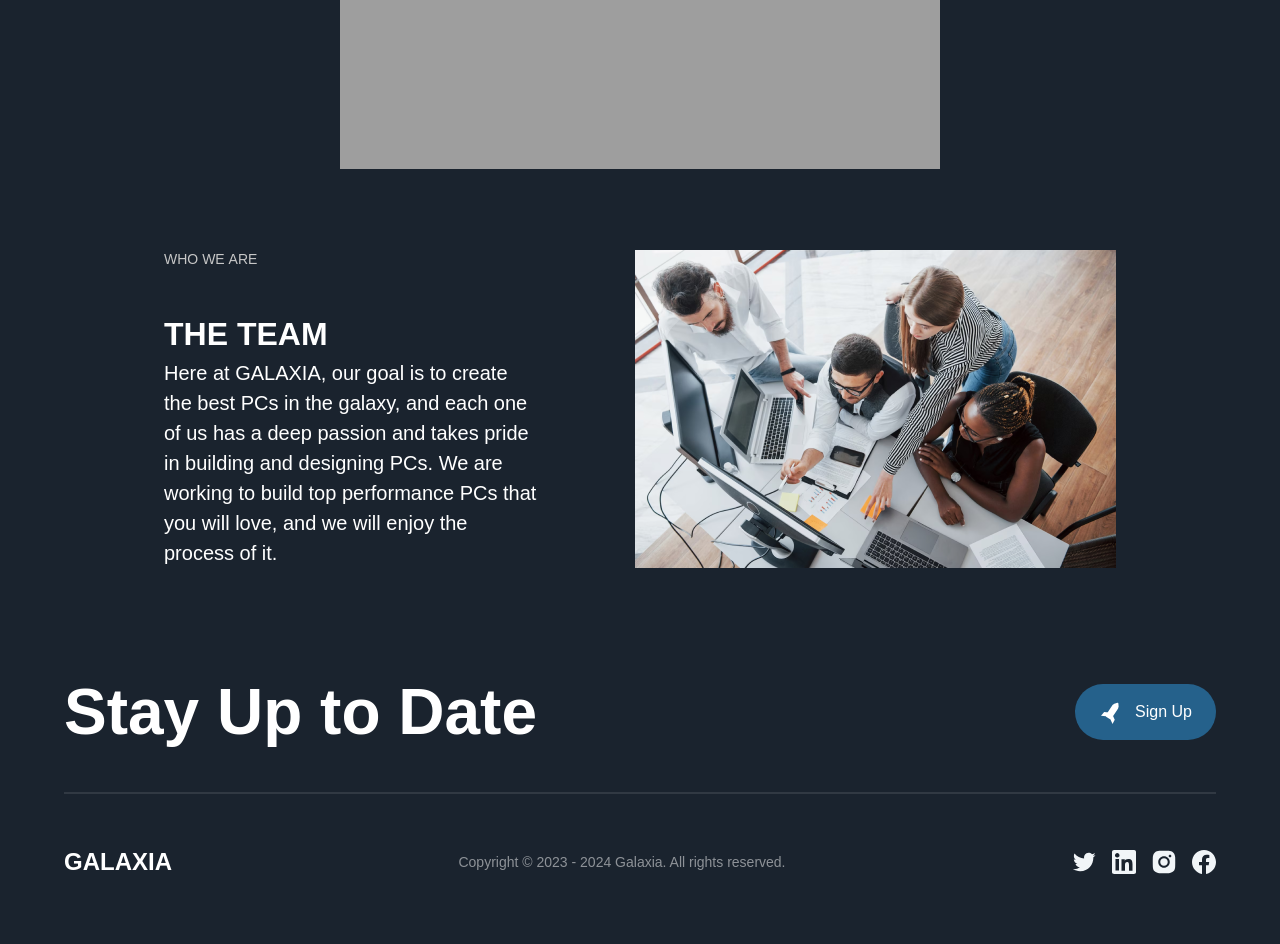
Repository: kaitlynlie/galaxia_pcs
Page: /
The author's editor kept a copy of each file at every save. The page is drawn from the files as they stood at one save, then again after the next save.
The browser window is 1280 px wide. The pictures show the part of the page from y = 2593 to 3545 px (the page is 3537 px tall before and 3578 px after).
Pictures or frames that could not be fetched are drawn as grey boxes. Some web fonts or font styles are not loaded; a fallback is used. The project was rebuilt for these pictures with package versions that can differ from the ones it lists, and the page was loaded fresh each time. Also part of the build but not shown: vite.config.js, components/PCcard.jsx, components/WhyFeatures.jsx, sections/Neptune.jsx, sections/Jupiter.jsx, sections/People.jsx, src/assets/index.js, sections/Video.jsx and 5 more. Imported but missing from the stored project, and not drawn on this page: src/assets/video.mp4.

Above is the page before, as saved 2023-08-09 19:57:46.

### index.html
<!DOCTYPE html>
<html lang="en">
  <head>
    <style>
      /* WebKit-based browsers (Chrome, Safari) */
      ::-webkit-scrollbar {
        width: 12px;
      }

      ::-webkit-scrollbar-track {
        background-color: #606060; /* Adjust the background color */
      }

      ::-webkit-scrollbar-thumb {
        background-color: #25618b; /* Adjust the thumb color */
        border-radius: 6px;
      }
    </style>
    <meta charset="UTF-8" />
    <link rel="icon" type="image/svg+xml" href="/logo.svg" />
    <link rel="preconnect" href="https://stijndv.com" />
    <link rel="stylesheet" href="https://stijndv.com/fonts/Eudoxus-Sans.css" />
    <meta name="viewport" content="width=device-width, initial-scale=1.0" />
    <title>GALAXIA</title>
  </head>
  <body>
    <div id="root"></div>
    <script type="module" src="/src/main.jsx"></script>
  </body>
</html>

### src/main.jsx
import React from 'react'
import App from './App.jsx'
import ReactDOM from 'react-dom';
import { BrowserRouter } from 'react-router-dom';


ReactDOM.render(
  <BrowserRouter>
    <App />
  </BrowserRouter>,
  document.getElementById('root'),
);

### src/App.jsx
import Navbar from '../components/Navbar'
import Home from '../pages/Home'
import Community from '../pages/Community'
import Creator from '../pages/Creator'
import PCs from '../pages/PCs'
import { Route, Routes } from 'react-router-dom'
import React from 'react'
import '../styles/globals.css'

function App() {

  return (
    <>
    <div className='bg-primary-black overflow-hidden'>
      <img
            src='./stars.png'
            alt='stars'
            className="z-0 absolute w-screen h-screen object-cover object-center opacity-50"
      />
      <Navbar />
      <Routes>
        <Route index path="/" element={<Home />} />
        <Route path="pc" element={<PCs />} />
        <Route path="community" element={<Community />} />
        <Route path="creator" element={<Creator />} />
      </Routes>
     </div>
    </>
  )
}

export default App

### components/Navbar.jsx
import { motion } from "framer-motion";
import styles from '../styles'
import { navVariants, textVariant } from '../utils/motion'
import { useState } from "react";
import { RiMenu3Line, RiCloseLine } from 'react-icons/ri';
import { Link } from 'react-router-dom'
import React from 'react'

const Navbar = () => {
  const [toggleMenu, setToggleMenu] = useState(false);

  const [nav, setNav] = useState(false);

  const openNav = () => {
    setNav(!nav);
  };

  return(
   <motion.nav
    variants={navVariants}
    initial="show"
    whileInView="show"
    viewport={{ once: false, amount: 0.25 }}
    className={`${styles.xPaddings} py-8 relative`}
  >
    <div className={`${styles.innerWidth} mx-auto flex justify-between gap-8 inline-block`}>
      <div className="flex flex-row gap-4 z-10">
        <img
          src='./logo.svg'
          alt='logo'
          />
          <Link onClick={openNav} to="/"><motion.h1 variants={textVariant(1.1)} className="flex text-white font-bold text-[24px] z-10">
            <a>GALAXIA</a>
          </motion.h1></Link>
      </div>

      <ul className='flex justify-center items-center text-white max-[880px]:hidden block z-10'>
        <Link onClick={openNav} to='/pc'><li className="mr-12"><a>Gaming PCs</a></li></Link>
        <Link onClick={openNav} to='/community'><li className="mr-12"><a>Community</a></li></Link>
        <Link onClick={openNav} to='/creator'><li><a>Creator Program</a></li></Link>
      </ul>

      <div className="relative ml-1 pointer max-[880px]:block hidden z-10">
        {toggleMenu
          ? <RiCloseLine color="#fff" size={27} onClick={() => setToggleMenu(false)} />
          : <RiMenu3Line color="#fff" size={27} onClick={() => setToggleMenu(true)} />}
        {toggleMenu && (
        <div className="flex justify-end items-end flex-col text-end bg-[#026884ce] p-3 absolute top-[40px] right-[10px] mt-1 rounded-[5px] shadow z-10">
          <div className="none">
            <ul className='flex justify-end items-end flex-col text-white text-end p-1'>
              <Link onClick={openNav} to='/pc'><li><a>Gaming PCs</a></li></Link>
              <Link onClick={openNav} to='/community'><li className="mt-2 pointer"><a>Community</a></li></Link>
              <Link onClick={openNav} to='/creator'><li className="mt-2 pointer"><a>Creator Program</a></li></Link>
            </ul>
          </div>
        </div>
        )}
        </div>

        <div className="flex flex-row gap-4 items-center max-[880px]:hidden block">
        <img
          src='./user.svg'
          alt='user'
        />
        <img
          src='./cart.svg'
          alt='cart'
        />
      </div>
      </div>

  </motion.nav>
  );
};

export default Navbar;

### pages/Home.jsx
import { Footer, Navbar } from '../components';
import { Triton, Neptune, Jupiter, Hero, WhyUs, Member } from '../sections';
import React from 'react'
import PickPC from '../sections/PickPC';

const Home = () => (
  <div className='bg-primary-black overflow-hidden'>
        {/* <img
          src='./stars.png'
          alt='stars'
          className="z-0 absolute w-screen h-screen object-cover object-center opacity-50"
    /> */}
    <Hero />
    <div className='relative'>
      <Triton />
      {/* <div className='gradient-03 z-0' /> */}
      <PickPC />
      <Member />
      {/* <Neptune /> */}
    </div>
    <div className='relative'>
      {/* <Jupiter /> */}
    </div>
    <div className='relative'>
      <WhyUs />
      {/* <div className='gradient-04 z-0' /> */}
      <Footer />
    </div>
  </div>
);

export default Home;

### styles/globals.css
@import "tailwindcss/base";

@import "tailwindcss/components";

@import "tailwindcss/utilities";

* {
  margin: 0;
  padding: 0;
  box-sizing: border-box;
  font-family: "Eudoxus Sans", sans-serif;
  scroll-behavior: smooth;
}

.gradient-01 {
  background-image: linear-gradient(
    270deg,
    hsl(295deg 76% 51%) 0%,
    hsl(284deg 70% 73%) 26%,
    hsl(257deg 70% 86%) 39%,
    hsl(202deg 92% 90%) 50%,
    hsl(215deg 77% 81%) 61%,
    hsl(221deg 73% 70%) 74%,
    hsl(220deg 76% 51%) 100%
  );
  filter: blur(125px);
}

.hero-gradient {
  background: linear-gradient(
    97.86deg,
    #a509ff 0%,
    #34acc7 53.65%,
    #a134c7 100%
  );
}

.gradient-02 {
  position: absolute;
  width: 200px;
  height: 438px;
  top: 0px;
  right: 0px;

  background: #7aebfb;
  filter: blur(190px);
}

.glassmorphism {
  background: rgba(255, 255, 255, 0.25);
  box-shadow: 0 8px 32px 0 rgba(31, 38, 135, 0.37);
  backdrop-filter: blur(4px);
  -webkit-backdrop-filter: blur(4px);
  border: 1px solid rgba(255, 255, 255, 0.18);
}

.gradient-03 {
  position: absolute;
  width: 404px;
  height: 800px;
  left: 20%;
  top: 5%;

  background: rgba(149, 66, 232, 0.35);
  filter: blur(175px);
  transform: rotate(-114.2deg);
}

.gradient-04 {
  position: absolute;
  width: 304px;
  height: 100vh;
  left: 30%;
  top: 10%;

  background: rgba(45, 72, 152, 0.75);
  filter: blur(200px);
  transform: rotate(-53.13deg);
}

.gradient-05 {
  background: linear-gradient(
    180deg,
    rgba(255, 255, 255, 0.04) 0%,
    rgba(255, 255, 255, 0) 100%
  );
}

.feedback-gradient {
  position: absolute;
  width: 200px;
  height: 316px;
  left: 0px;
  top: 0px;

  background: #8d39a3;
  filter: blur(175px);
}

.footer-gradient {
  position: absolute;
  width: 500px;
  height: 100px;
  left: 37%;
  bottom: 0;

  background: #65c4fa;
  filter: blur(150px);
}

.object {
  animation: MoveUpDown 4s linear infinite;
  position: relative;
  left: 0;
  bottom: 0;
}

@keyframes MoveUpDown {
  0%, 100% {
    bottom: 0;
  }
  50% {
    bottom: 100px;
  }
}

### components/CustomTexts.jsx
'use client';

import { motion } from "framer-motion";
import { textContainer, textVariant2 } from '../utils/motion'

export const TypingText = ({ title, textStyles}) => (
  <motion.p
    variants={textContainer}
    className={`font-normal text-[14px] text-secondary-white ${textStyles}`}
  >
    {Array.from(title).map((letter, index) => (
      <motion.span variants={textVariant2} key={index}>
        {letter === ' ' ? '\u00A0' : letter}
      </motion.span>
    ))}
  </motion.p>
);

export const TitleText = ({ title, textStyles}) => (
  <motion.h2
    variants={textVariant2}
    initial='hidden'
    whileInView='show'
    className={`mt-[22px] font-bold text-[32px] text-white ${textStyles}`}>
      {title}
  </motion.h2>
);

### components/Footer.jsx
'use client';
import { motion } from "framer-motion";
import { socials } from "../constants";
import styles from "../styles";
import { footerVariants } from "../utils/motion";

const Footer = () => (
  <motion.footer
    variants={footerVariants}
    initial='show'
    whileInView='show'
    viewport={{ once: true, amount: 0.25 }}
    className={`${styles.paddings} py-8 relative`}>
    {/* <div className="footer-gradient" /> */}
    <div className={`${styles.innerWidth} mx-auto flex flex-col gap-8`}>
      <div className="flex items-center sm:justify-between flex-wrap gap-5">
        <h4 className="font-bold md:text-[64px] text-[44px] text-white">Stay Up to Date</h4>
        <button type="button" className="flex items-center h-fit py-4 px-6 bg-[#25618b] rounded-[32px] gap-[12px]">
          <img src='/logo.svg' alt='logo' className="w-[24px] h-[24px] object-contains"/>
          <span className="font-normal text-[16px] text-white">Sign Up</span>
        </button>
      </div>

      <div className="flex flex-col">
        <div className="mb-[50px] h-[2px] bg-white opacity-10"/>
        <div className="flex items-center justify-between flex-wrap gap-4">
          <h4 className="font-extrabold text-[24px] text-white">GALAXIA</h4>
          <p className="font-normal text-[14px] text-white opacity-50">
          Copyright © 2023 - 2024 Galaxia. All rights reserved.
          </p>
          <div className="flex gap-4">
            {socials.map((social) => (
              <img
                key={social.name}
                src={social.url}
                alt={social.name}
                className="w-[24px] h-[24px] object-contain cursor-pointer" />
            ))}
          </div>
        </div>
      </div>
    </div>
  </motion.footer>
);

export default Footer;

### components/Button.jsx
'use client';

const Button = () => (
    <button
    type="button"
    className="flex w-[127px] font-bold h-[44px] mt-[22px] items-center justify-center gap-[12px] bg-[#25618B] text-white text-[16px] rounded-[32px] pointer tracking-[0.08px] shrink-0 shadow-md transition-transform duration-300 hover:scale-105 hover:shadow-lg"
  >ADD TO CART
</button>
  );

  export default Button;

### sections/Hero.jsx
'use client';

import { motion } from "framer-motion";
import styles from '../styles';
import { slideIn, staggerContainer, fadeIn } from '../utils/motion'
import { TypingText, Button } from '../components'

const Hero = () => (
  <section className={`${styles.topPaddings} ${styles.xPaddings} flex flex-row items-center justify-center mt-10`}>
    <motion.div
      variants={fadeIn('up', 'tween', 0.2, 1)}
      initial="hidden"
      whileInView="show"
      viewport={{ once: true, amount: 0.25 }}
      className={`${styles.innerWidth} flex-col relative w-full flex justify-between items-center z-0`}
    >
      <div className="absolute z-0"/>
      <img
        src="/pc1.png"
        alt="pc"
        className="object z-10 sm:w-[357px] sm:h-[420px] w-[281px] h-[336px] relative mt-24 z-10"
      />
    </motion.div>

      <motion.div
        variants={staggerContainer}
        initial='hidden'
        whileInView='show'
        viewport={{ once: true, amount: 0.25}}
        className={`${styles.innerWidth} ${styles.xPaddings} md:px-[100px] max-[1000px]:hidden block mb-0 items-center z-10`}>
          <TypingText title='FEATURED' textStyles='text-start' />
          <motion.div
            variants={fadeIn('up', 'tween', 0.2, 1)}
            viewport={{ once: true, amount: 0.25}}
            className="mt-[8px] font-normal text-start text-secondary-white mt-9 flex-col flex flex-center">
              <span className="font-extrabold text-white sm:text-[32px] text-[20px]">TRITON </span>
              <p className="text-[20px] text-white">Triton, dedicated to users who want to travel past gaming experiences, uses high level components on the cutting edge of computers. Bold, beautiful, and a new reality for all users.</p>
          </motion.div>

          <motion.div
            variants={fadeIn('up', 'tween', 0.3, 1)}
            className="flex flex-col justify-between">
            <div className="flex flex-col justify-start items-start max-[880px]:flex-row mt-[38px]">
              <div className="flex flex-row justify-center items-center">
               <img
                src="/core.svg"
                alt="core"
                className="w-[37px] h-[37px] mt-[23px] justify-center items-center" />
                <p className="text-[20px] mt-[23px] ml-[19px] text-white">Earth Core e2-1023</p>
              </div>
              <div className="flex flex-row justify-center items-center">
               <img
                src="/card.svg"
                alt="card"
                className="w-[37px] h-[37px] mt-[23px] justify-start items-center" />
                <p className="text-[20px] mt-[23px] ml-[19px] text-white">KForce MTX 2390 Ti 12GB</p>
              </div>
            </div>

            <div className="flex flex-col justify-start items-start max-[880px]:items-center mt-[38px]">
              <div className="flex flex-row justify-between items-center">
                <p className="text-[20px] mt-[23px] text-white leading-9">$1,599.99 USD</p>
                <p className="text-[15px] mt-[23px] text-white line-through leading-[27px] ml-1">$1,999.99 USD</p>
              </div>
              <div className="flex flex-row justify-center items-center max-[880px]:flex-col">
                <Button />
              </div>
            </div>

          </motion.div>
      </motion.div>
  </section>
);

export default Hero;

### sections/Triton.jsx
'use client';

import { motion } from "framer-motion";
import { TypingText, Button } from '../components'
import styles from '../styles';
import { fadeIn, staggerContainer } from '../utils/motion';

const Triton = () => (
  <section className={`${styles.xPaddings} relative z-10 py-8`}>
      <motion.div
        variants={staggerContainer}
        initial='hidden'
        whileInView='show'
        viewport={{ once: true, amount: 0.25}}
        className={`${styles.innerWidth} mx-auto md:px-[100px] max-[1000px]:block hidden`}>
          <TypingText title='FEATURED' textStyles='text-center' />
          <motion.div
            variants={fadeIn('up', 'tween', 0.2, 1)}
            viewport={{ once: true, amount: 0.25}}
            className="mt-[8px] font-normal text-center text-secondary-white mt-9 ${styles.flexCenter} flex-col">
              <span className="font-extrabold text-white sm:text-[32px] text-[20px]">TRITON </span>
              <p className="text-[20px] text-white">Triton, dedicated to users who want to travel past gaming experiences, uses high level components on the cutting edge of computers. Bold, beautiful, and a new reality for all users.</p>
          </motion.div>

          <motion.div
            variants={fadeIn('up', 'tween', 0.3, 1)}
            className="flex flex-row max-[880px]:flex-col justify-between max-[880px]:items-center">


            <div className="flex flex-col justify-start items-start max-[880px]:items-center mt-[38px]">
              <div className="flex flex-row justify-center items-center">
               <img
                src="/core.svg"
                alt="core"
                className="w-[37px] h-[37px] mt-[23px] justify-center items-center" />
                <p className="text-[20px] mt-[23px] ml-[19px] text-white">Earth Core e2-1023</p>
              </div>
              <div className="flex flex-row justify-center items-center">
               <img
                src="/card.svg"
                alt="card"
                className="w-[37px] h-[37px] mt-[23px] justify-start items-center" />
                <p className="text-[20px] mt-[23px] ml-[19px] text-white">KForce MTX 2390 Ti 12GB</p>
              </div>
            </div>

            <div className="flex flex-col justify-start items-start max-[880px]:items-center mt-[38px]">
              <div className="flex flex-row justify-between items-center">
                <p className="text-[20px] mt-[23px] text-white leading-9">$1,599.99 USD</p>
                <p className="text-[15px] mt-[23px] text-white line-through leading-[27px] ml-1">$1,999.99 USD</p>
              </div>
              <div className="flex flex-row justify-center items-center max-[880px]:flex-col">
                <Button />
              </div>
            </div>

          </motion.div>
      </motion.div>
  </section>
);

export default Triton;

### sections/WhyUs.jsx
'use client';

import { motion } from "framer-motion";
import { TypingText, WhyFeatures, TitleText } from '../components'
import styles from '../styles';
import { staggerContainer, fadeIn, planetVariants } from '../utils/motion';
import { whyUs } from '../constants'

const GetStarted = () => (
  // <section className={`${styles.paddings} relative z-10 flex justify-center items-center`}>
  //   <div className={`${styles.innerWidth} mx-auto flex flex-col justify-between items-center`}>
  //       <img src='./whyus.png'
  //             alt='why us'
  //             className="h-[600px] w-[600px] mb-20"
  //       />

  //       <div
  //         className="flex justify-between">
  //           <div className="flex flex-col">
  //             <TypingText title="Why Us?" />
  //             <TitleText title={<>Why choose GALAXIA??</>} />
  //             <p className="text-white mt-10">Here at GALAXIA, our main goal is to provide the best service we can while having fun and making computers with high performance. We value the highest quality components, as well has hard work, kindness, and respect.</p>
  //           </div>

  //           <div className="flex flex-col gap-10">
  //             {whyUs.map((feature) => (
  //             <WhyFeatures key={feature.subtitle} {...feature} />
  //               ))}
  //           </div>
  //         </div>
  //   </div>
  // </section>

<section className={`${styles.xPaddings} relative z-10 py-8 flex flex-col justify-center items-center mt-10`}>
  <img src='./whyus.png'
    alt='why us'
    className="h-[600px] w-[600px] mb-20"
    />
  <div className={`${styles.innerWidth} md:px-[100px] mb-0 items-center flex-row flex justify-between`}>





  <div className='mr-24 max-[1234px]:mr-0'>
    <TypingText title='WHO WE ARE' textStyles='text-start max-[1234px]:text-center' />
    <div className="font-normal text-start max-[1234px]:text-center text-secondary-white mt-10 flex-col flex flex-center">
        <span className="font-extrabold text-white sm:text-[32px] text-[20px]">THE TEAM</span>
        <p className="text-[20px] text-white">Here at GALAXIA, our goal is to create the best PCs in the galaxy, and each one of us has a deep passion and takes pride in building and designing PCs. We are working to build top performance PCs that you will love, and we will enjoy the process of it.</p>
    </div>
  </div>

    <img
      src="/team.png"
      alt="team"
      className="z-10 relative w-[90%] h-[90%] max-[1234px]:mt-20 max-[1234px]:hidden"
    />
</div>
</section>
);

export default GetStarted;

### sections/Member.jsx
import React from 'react'
import { TypingText } from '../components'
import styles from '../styles'

const Member = () => {
  return (
    <section className={`${styles.xPaddings} relative z-10 py-20 flex flex-col justify-center items-center mt-10 bg-[url('banner.jpeg')]`}>
      <div className={`${styles.innerWidth} md:px-[100px] mb-0 items-center flex-col flex justify-center`}>
          <TypingText title='ONE OF US' textStyles='text-center' />
          <div className="font-normal text-center text-secondary-white mt-10 flex-col flex flex-center items-center justify-center">
              <span className="font-extrabold text-white sm:text-[32px] text-[20px]">Interested in joining the GALAXIA Creator Program?</span>
              <p className="text-[20px] text-white">We would love to work with creators to empower those who are stars in making or are already shining! We focus on making items that we find interesting and would love to work with creators that do the same.</p>
            <button
                type="button"
                className="flex w-[127px] h-[44px] mt-[22px] items-center justify-center gap-[12px] bg-[#25618B] text-white text-[16px] rounded-[32px] pointer tracking-[0.08px] shrink-0 shadow-md transition-transform duration-300 hover:scale-105 hover:shadow-lg"
                >APPLY NOW
            </button>
        </div>
        </div>
        </section>
  )
}

export default Member

Loaded but not shown: utils/motion.js (161 lines, source omitted); constants/index.js (90 lines, source omitted); styles/index.js (23 lines, source omitted); tailwind.config.js (24 lines, source omitted); sections/index.js (21 lines, source omitted); components/index.js (16 lines, source omitted); sections/PickPC.jsx (223 lines, source omitted)

After the next save:
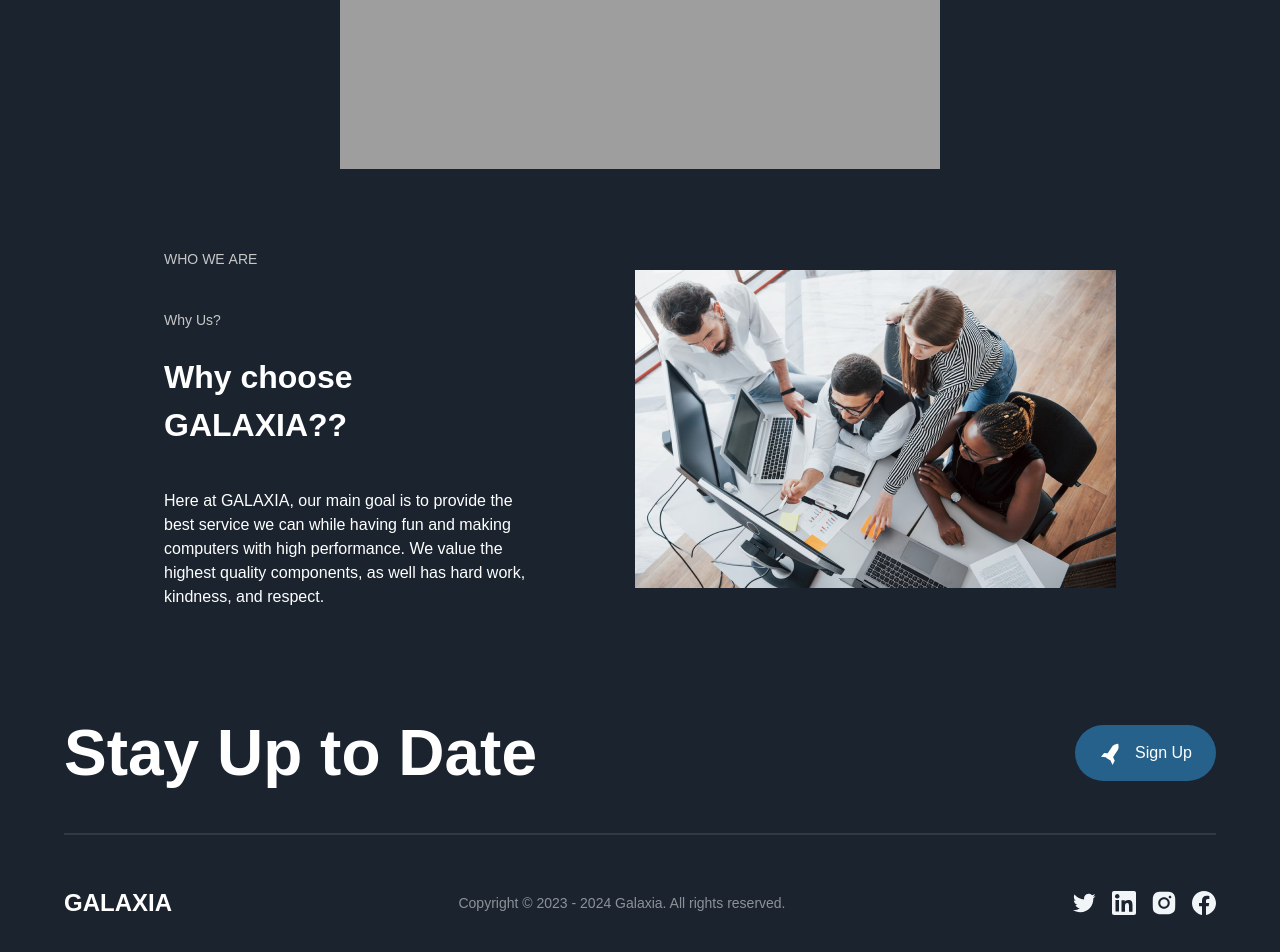
Saved 61 s later.
--- a/sections/WhyUs.jsx
+++ b/sections/WhyUs.jsx
@@ -38,15 +38,12 @@
     />
   <div className={`${styles.innerWidth} md:px-[100px] mb-0 items-center flex-row flex justify-between`}>
 
-
-
-
-
   <div className='mr-24 max-[1234px]:mr-0'>
     <TypingText title='WHO WE ARE' textStyles='text-start max-[1234px]:text-center' />
     <div className="font-normal text-start max-[1234px]:text-center text-secondary-white mt-10 flex-col flex flex-center">
-        <span className="font-extrabold text-white sm:text-[32px] text-[20px]">THE TEAM</span>
-        <p className="text-[20px] text-white">Here at GALAXIA, our goal is to create the best PCs in the galaxy, and each one of us has a deep passion and takes pride in building and designing PCs. We are working to build top performance PCs that you will love, and we will enjoy the process of it.</p>
+      <TypingText title="Why Us?" />
+      <TitleText title={<>Why choose GALAXIA??</>} />
+       <p className="text-white mt-10">Here at GALAXIA, our main goal is to provide the best service we can while having fun and making computers with high performance. We value the highest quality components, as well has hard work, kindness, and respect.</p>
     </div>
   </div>
 
